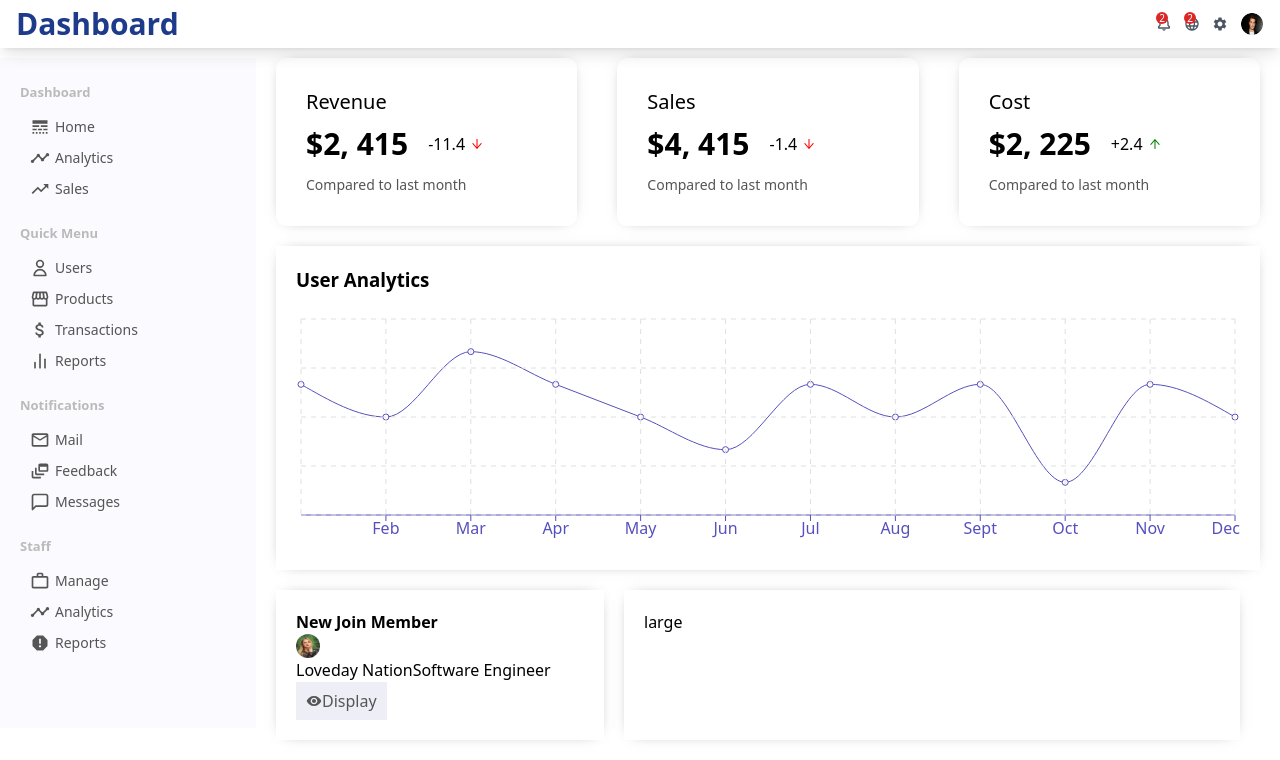
Repository: nation430/React-AdminDashboard
Page: /
The author's editor kept a copy of each file at every save. The page is drawn from the files as they stood at one save, then again after the next save.
The browser window is 1280 px wide. The pictures show the whole page.
The project was rebuilt for these pictures with package versions that can differ from the ones it lists, and the page was loaded fresh each time.

Above is the page before, as saved 2022-08-22 13:00:34.

After the next save:
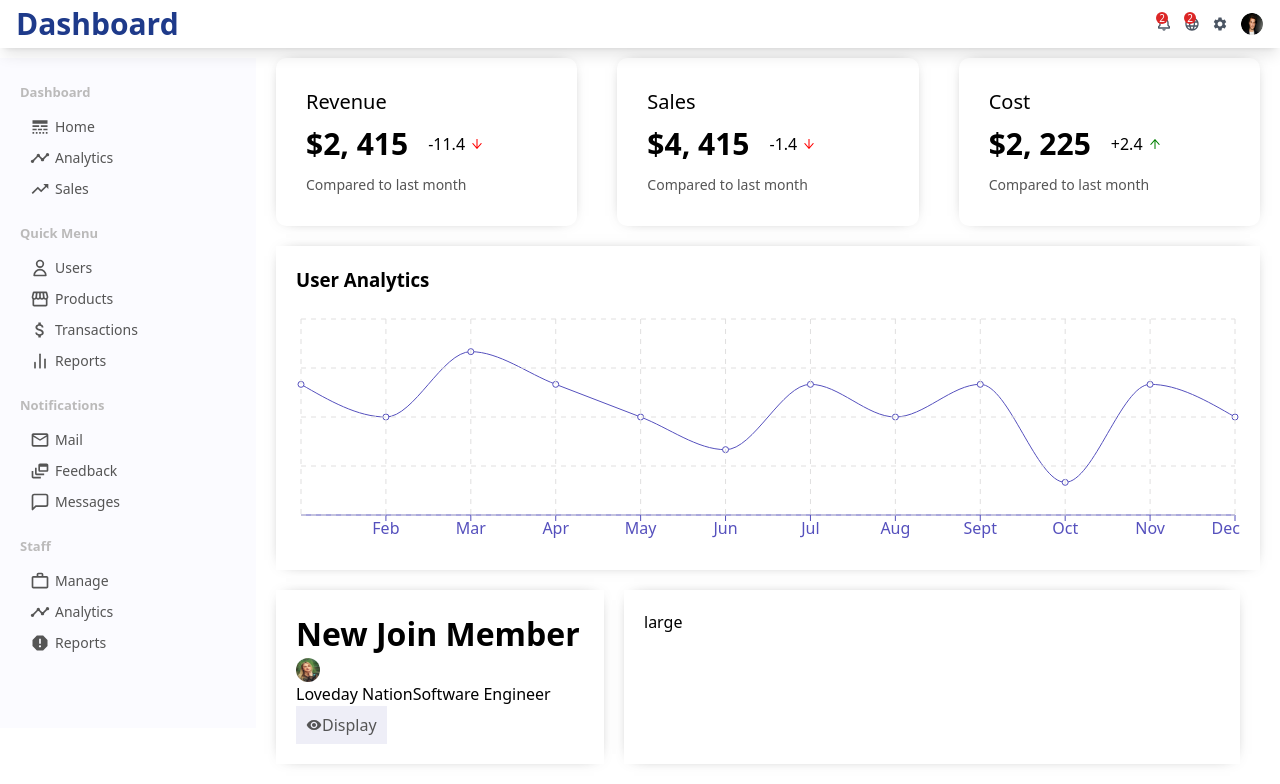
Saved 5 s later.
--- a/src/widgetSm/widgetSm.css
+++ b/src/widgetSm/widgetSm.css
@@ -2,7 +2,11 @@
     flex: 1;
     box-shadow: 0px 0px 15px -10px rgba(0,0,0,0.75);
     -webkit-box-shadow:0px 0px 15px -10px rgba(0,0,0,0.75);
-    -moz-box-shadow: 0px 0px 15px -10px rgba(0,0,0,0.75);
+    -moz-box-shadow: 0px 0px 15px -10px rgba(36, 19, 19, 0.75);
+}
+
+.widgetSmTitle{
+    font-size: 32px;
 }
 
 .widgetSmButton{
